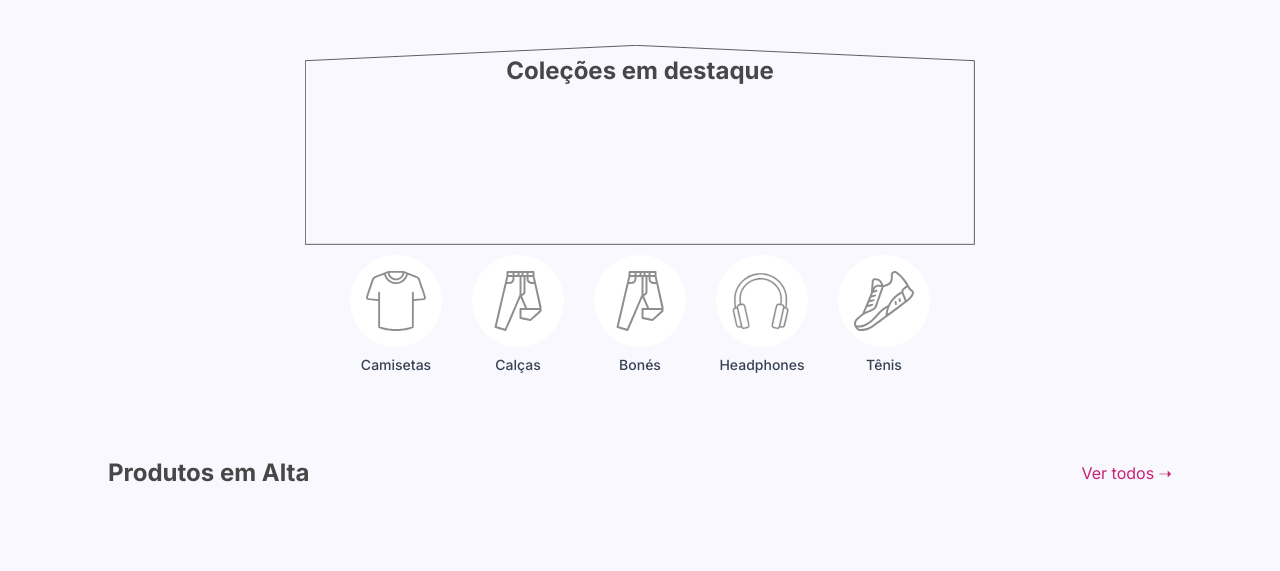
Repository: gimoli/loja-digital
Page: index.html
These files come from the project's save history. The page is drawn as it stood at one moment and after the next save; the edit follows.
The browser window is 1280 px wide. The pictures show the part of the page from y = 1287 to 1858 px (the page is 1858 px tall before and 1678 px after).

Above is the page before, as saved 2025-04-25 15:45:45.

### index.html
<!DOCTYPE html>
<html lang="pt-br">
<head>
    <meta charset="UTF-8">
    <meta name="viewport" content="width=device-width, initial-scale=1.0">
    <title>Digital Store</title>
    <link href="./style.css" rel="stylesheet">
    <script src="https://cdn.jsdelivr.net/npm/@tailwindcss/browser@4"></script>
    <link rel="shortcut icon" href="/assets/Logo-Digital.svg" type="image/x-icon">
</head>
<body>
<header class="flex flex-col gap-12 px-[108px] py-[38px]">
    <div class="flex items-center justify-between">
        <div class="flex gap-1">
            <img src="/assets/Logo-Digital.svg" alt="Logo da Digital Store">
            <h1 class="text-4xl text-(--primary-color) font-semibold">Digital Store</h1>
        </div>
        <input type="text" placeholder="Pesquisar produto..." class="bg-(--light-gray-3) py-2 px-3 rounded-lg ml-40 mr-14
         bg-[url(/assets/search.svg)] bg-no-repeat bg-right focus:placeholder-transparent w-[560px] focus:outline-none"/>
        <div>
            <a href="#" class="bg-(--primary-color) text-white rounded-lg px-7 py-3 font-bold text-sm">
                Entrar
            </a>
        </div>
        <div class="relative">
            <img src="/assets/Carrinho-preto.svg" alt="Imagem de um carrinho de compras">
            <div class="flex justify-center items-center absolute bg-(--tertiary-color) text-white font-bold text-xs rounded-full w-[18px] h-[18px] bottom-[15px] left-3">
                2
            </div>
        </div>
    </div>
    </div>
    <nav class="pl-32">
        <ul class="flex gap-6 text-(--dark-gray-2)">
            <li class="hover:text-(--primary-color) hover:font-bold">
                <a href="#">
                Home
            </a>
        </li>
            <li class="hover:text-(--primary-color) hover:font-bold">
                <a href="#">
                Produtos
            </a>
        </li>
            <li class="hover:text-(--primary-color) hover:font-bold">
                <a href="#">
                Categorias
            </a>
        </li>
            <li class="hover:text-(--primary-color) hover:font-bold">
                <a href="#">
                Meus Pedidos
            </a>
        </li>
        </ul>
    </nav>
</header>
<main>
    <section class="flex px-[108px] bg-(--light-gray-3) py-[78px] h-[680px] relative">
        <div class="flex flex-col gap-5 w-[466px]">
            <p class="text-(--warnig-color) font-bold">
                Melhores ofertas personalizadas
            </p>
            <h2 class="font-extrabold text-6xl">
                Queima de estoque Nike 🔥
            </h2>
            <p class="text-(--dark-gray-2) text-lg">
                Consequat culpa exercitation mollit nisi excepteur do do tempor laboris eiusmod irure consectetur.
            </p>
            <a href="#" class="flex items-center justify-center bg-(--primary-color) text-(--light-gray-3) font-bold w-[210px] h-[48px] rounded-lg">
                Ver Ofertas
            </a>
        </div>
        <img src="/assets/White-Sneakers-PNG-Clipart 1.svg" alt="Foto de um tenis branco" class="absolute right-28 bottom-8"/>
        <img src="/assets/ornament.svg" alt="Firula do site - by wendell" class="absolute top-12 right-8">
    </section>

    <section class="flex flex-col gap-15 px-[108px] py-[35px] bg-(--sec-color)">
        <div class="flex flex-col gap-10">
            <h4 class="text-(--dark-gray-2) font-bold text-2xl">
                Coleções em destaque
            </h4>
            <ul class="grid grid-cols-3 gap-3.5 h-68">
                <li  class="flex bg-[#D8E3F2] pl-8 pt-8 rounded-md relative bg-[url(/assets/star-wars-shirt-pic.svg)] bg-no-repeat bg-bottom-right">
                    <div class="w-1/2 z-10">
                    <p class="bg-[#E7FF86] rounded-4xl font-bold text-(--dark-gray-2) w-[96px] text-center py-1.5 text-sm">
                        30% OFF
                    </p>
                    <h5 class="font-bold text-(--dark-gray) text-4xl mt-2.5 mb-8">
                        Novo drop Supreme
                    </h5>
                    <a href="#" class="text-(--primary-color) bg-white rounded-xl font-bold px-12 py-4.5">
                        Comprar
                    </a>
                </div>
                </li>
                <li  class="flex bg-[#D8E3F2] pl-8 pt-8 rounded-md relative bg-[url(/assets/sneaks-pic.svg)] bg-no-repeat bg-bottom-right">
                    <div class="w-1/2 z-10">
                    <p class="bg-[#E7FF86] rounded-4xl font-bold text-(--dark-gray-2) w-[96px] text-center py-1.5 text-sm">
                        30% OFF
                    </p>
                    <h5 class="font-bold text-(--dark-gray) text-4xl mt-2.5 mb-8">
                        Coleção Adidas
                    </h5>
                    <a href="#" class="text-(--primary-color) bg-white rounded-xl font-bold px-12 py-4.5">
                        Comprar
                    </a>
                </div>
                </li>
                <li  class="flex bg-[#D8E3F2] pl-8 pt-8 rounded-md relative bg-[url(/assets/headphone-pic.svg)] bg-no-repeat bg-bottom-right">
                    <div class="w-1/2 z-10">
                    <p class="bg-[#E7FF86] rounded-4xl font-bold text-(--dark-gray-2) w-[96px] text-center py-1.5 text-sm">
                        30% OFF
                    </p>
                    <h5 class="font-bold text-(--dark-gray) text-4xl mt-2.5 mb-8">
                        Novo<br> Beats Bass
                    </h5>
                    <a href="#" class="text-(--primary-color) bg-white rounded-xl font-bold px-12 py-4.5">
                        Comprar
                    </a>
                </div>
                </li>
            </ul>
        </div>

    </section>

    <section class=" flex flex-col gap-15 px-[180px] py-[10px] bg-(--sec-color)">

        <div class="flex flex-col relative bg-[url('/assets/borda.svg')] bg-no-repeat bg-center bg-contain h-[200px]">

            <h4 class="text-(--dark-gray-2) font-bold text-2xl text-center py-[10px]">
                Coleções em destaque
            </h4>
        </div>
    </section>


        <section class="flex justify-evenly px-80  bg-(--sec-color)">
            <div class="flex flex-col items-center">
        <div class="bg-(--white) rounded-full p-4 w-fit">
            <img src="assets/T-shirt.svg" alt="Foto da blus" class=" w-[60px] h-[60px] ">
        </div>
        <span class="mt-2 text-sm font-medium text-gray-700">Camisetas</span>
</div>
            <div class="flex flex-col items-center">
                <div class="bg-(--white) rounded-full p-4 w-fit">
                    <img src="assets/Pants.svg" alt="Foto da calça"  class=" w-[60px] h-[60px]">
            </div>
                <span class="mt-2 text-sm font-medium text-gray-700">Calças</span>
            </div>

            <div class="flex flex-col items-center">
            <div class="bg-(--white) rounded-full p-4 w-fit">
              <img src="assets/Pants.svg" alt="era para ser o bone"  class="  w-[60px] h-[60px]">
            </div>
            <span class="mt-2 text-sm font-medium text-gray-700">Bonés</span>
            </div>

            <div class="flex flex-col items-center">
            <div class="bg-(--white) rounded-full p-4 w-fit">
              <img src="assets/Headphones-colecoes-em-destaque.svg" alt="Foto do fone de ouvido"  class="  w-[60px] h-[60px]">
            </div>
            <span class="mt-2 text-sm font-medium text-gray-700">Headphones</span>
            </div>

            <div class="flex flex-col items-center">
            <div class="bg-(--white) rounded-full p-4 w-fit">
              <img src="assets/Tenis.svg" alt="Foto do Tênis"  class="  w-[60px] h-[60px]">
            </div>
            <span class="mt-2 text-sm font-medium text-gray-700">Tênis</span>
            </div>

    </section>
    <section class="flex flex-col gap-15 px-[108px] py-[42px] bg-(--sec-color)">
        <div class="flex flex-col gap-10">
            <div class="flex justify-between items-center">
                <h4 class="text-(--dark-gray-2) font-bold text-2xl py-10">
                    Produtos em Alta
                </h4>
                <a href="#" class="text-(--primary-color)">
                    Ver todos ➝
                </a>
            </div>
        </div>
    </section>
</main>
</body>
</html>

### style.css
@import url('https://fonts.googleapis.com/css2?family=Inter:ital,opsz,wght@0,14..32,100..900;1,14..32,100..900&display=swap');

:root {
    --dark-gray: #1F1F1F;
    --dark-gray-2: #474747;
    --dark-gray-3: #666666;
    --light-gray: #8F8F8F;
    --light-gray-2: #CCCCCC;
    --light-gray-3: #F5F5F5;
    --white: #FFFFFF;
    --sec-color: #F9F8FE;
    --primary-color: #C92071;
    --secondary-color: #B5B6F2;
    --tertiary-color: #991956;
    --error-color: #EE4266;
    --success-color: #52CA76;
    --warnig-color: #F6AA1C;
    --primary-gradient: 180deg, #C92071, #EDABCA;
    --secondary-gradient: 180deg, #B5B6F2, #EFEFFF;
}

* {
    font-family: "Inter", sans-serif;
    box-sizing: border-box;
}

After the next save:
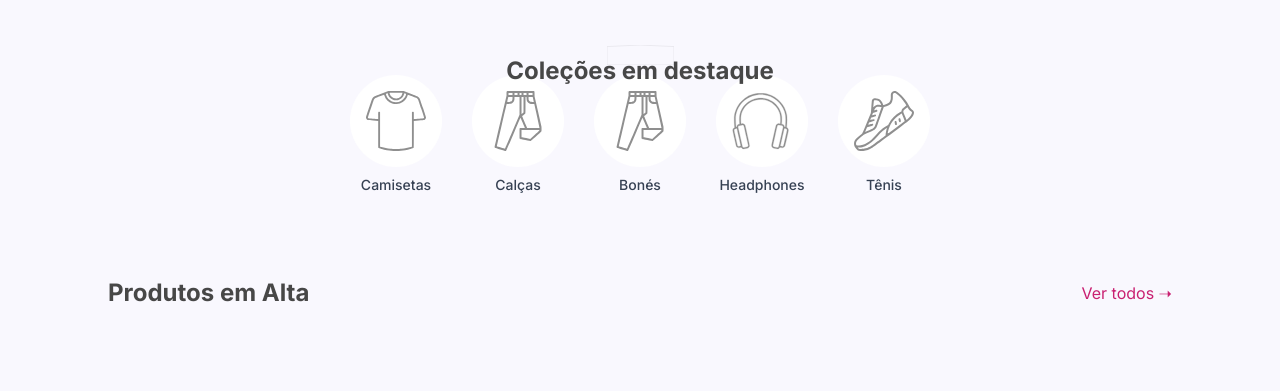
Saved 13 s later.
--- a/index.html
+++ b/index.html
@@ -127,7 +127,7 @@
 
     <section class=" flex flex-col gap-15 px-[180px] py-[10px] bg-(--sec-color)">
 
-        <div class="flex flex-col relative bg-[url('/assets/borda.svg')] bg-no-repeat bg-center bg-contain h-[200px]">
+        <div class="flex flex-col relative bg-[url('/assets/borda.svg')] bg-no-repeat bg-center bg-contain h-[20px]">
 
             <h4 class="text-(--dark-gray-2) font-bold text-2xl text-center py-[10px]">
                 Coleções em destaque
